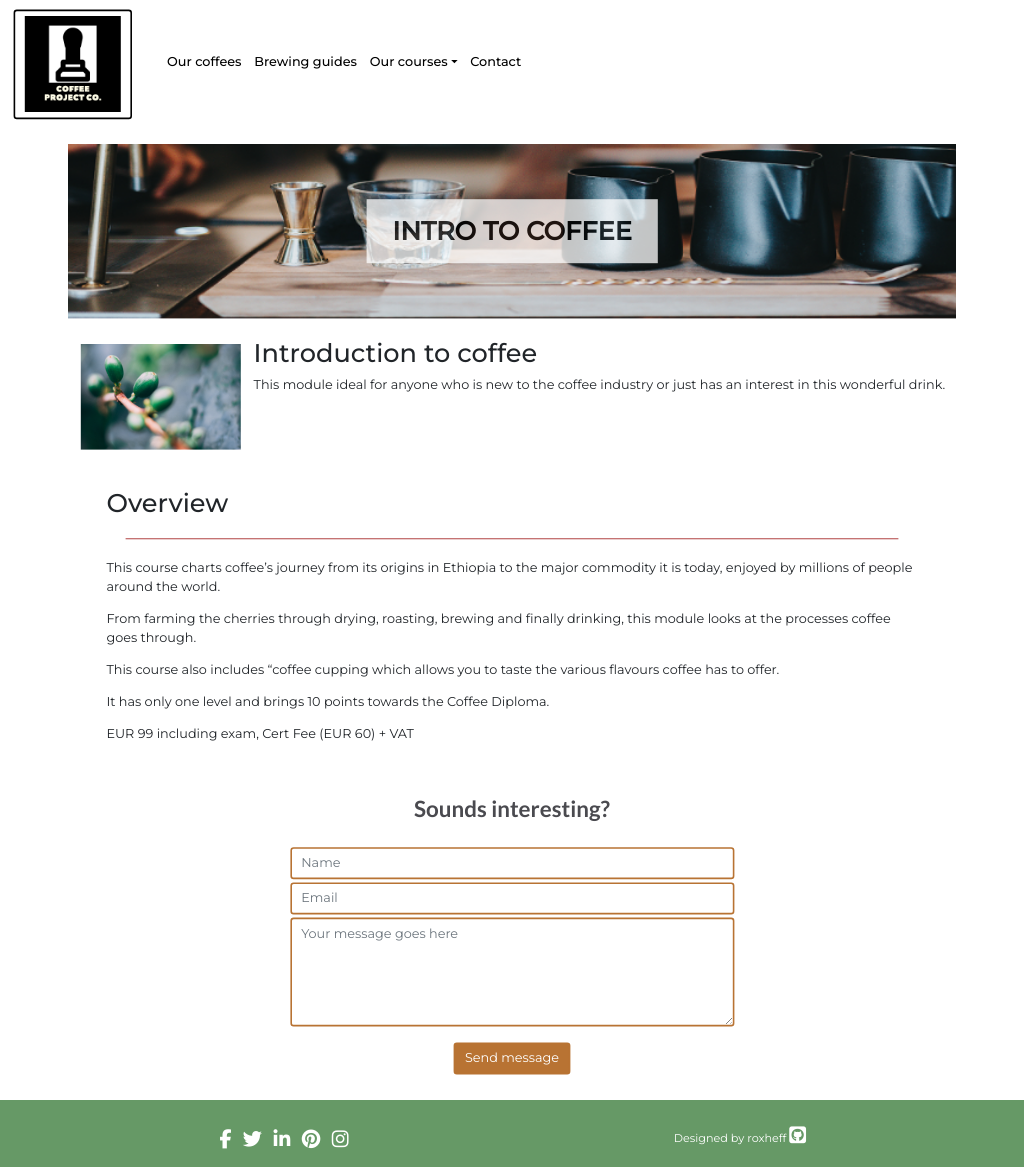
Repository: roxanahefferon/M1
Page: intro.html
The author's editor kept a record of every edit. The page is drawn from the files as they stood at one moment, then again after the next edit.
The browser window is 1280 px wide. The pictures show the whole page, at 80% of full size.
Some web libraries are served in a nearby version.

Above is the page before.

### intro.html
<!DOCTYPE html>
<html lang="en">

<head>
    <meta charset="UTF-8">
    <meta name="viewport" content="width=device-width, initial-scale=1.0">
    <meta http-equiv="X-UA-Compatible" content="ie=edge">
    <link rel="stylesheet" href="https://maxcdn.bootstrapcdn.com/bootstrap/4.0.0/css/bootstrap.min.css" integrity="sha384-Gn5384xqQ1aoWXA+058RXPxPg6fy4IWvTNh0E263XmFcJlSAwiGgFAW/dAiS6JXm" crossorigin="anonymous">
    <script src="https://kit.fontawesome.com/877201db70.js" crossorigin="anonymous"></script>
    <link rel="stylesheet" href="assets/css/style.css" type="text/css" />
    <title>Coffee Project Co.</title>
</head>

<body>

    <header>

        <! --- navbar --->

        <nav class="navbar navbar-expand-sm navbar-light fixed-top"> <a class="navbar-brand" href="index.html"> <img src="./assets/images/coffee-project-logo.png" width="120px" alt="bbb-logo"></a>
            <button class="navbar-toggler" type="button" data-toggle="collapse" data-target="#collapsibleNavbar">
    <span class="navbar-toggler-icon"></span>
  </button>
            <div class="collapse navbar-collapse " id="collapsibleNavbar">
                <ul class="navbar-nav">
                    <li class="nav-item">
                        <a class="nav-link" href="coffees.html">Our coffees</a>
                    </li>
                    <li class="nav-item">
                        <a class="nav-link" href="brewing.html">Brewing guides</a>
                    </li>
                    <li class="nav-item dropdown">
                        <a class="nav-link dropdown-toggle" href="#" id="navbardrop" data-toggle="dropdown">Our courses</a>
                        <div class="dropdown-menu">
                            <a class="dropdown-item" href="intro.html">Intro to coffee</a>
                            <a class="dropdown-item" href="barista-sca.html">Barista SCA</a>
                            <a class="dropdown-item" href="brewing-sca.html">Brewing SCA</a>
                        </div>
                    </li>
                    <li class="nav-item">
                        <a class="nav-link" href="contact.html">Contact</a>
                    </li>
                </ul>
            </div>
        </nav>

    </header>


    <! --- main section --->

    <div class="container main-container">
        <div class="container main-landing">
            <div class="row no-gutters">
                <div class="col">
                    <img src="./assets/images/our-courses.png" alt="roasted coffee beans image" width=100% height=auto>
                    <p class="ph-landing">Intro to Coffee</p>
                </div>
            </div>
        </div>
    </div>
    <br>

    <! --- media object --->

    <div class="container">
        <div class="row no-gutters">
            <div class="col-12">

                <div class="media">
                    <img src="./assets/images/intro-coffee-sca.png" alt="green coffee beans image" class="align-self-center mx-3 mt-2" style="width:200px">
                    <div class="media-body">
                        <h2>Introduction to coffee</h2>
                        <p>This module ideal for anyone who is new to the coffee industry or just has an interest in this wonderful drink.</p>
                    </div>
                </div>
            </div>
        </div>
    </div>


    <! --- overview-section --->

    <div class="container">
        <div class="row no-gutters">
            <div class="col-12">
                <div class="sca-content">
                    <h2>Overview</h2>
                    <hr class="section-divider">
                    <p>This course charts coffee’s journey from its origins in Ethiopia to the major commodity it is today, enjoyed by millions of people around the world.</p>
                    <p>From farming the cherries through drying, roasting, brewing and finally drinking, this module looks at the processes coffee goes through.</p>
                    <p>This course also includes “coffee cupping which allows you to taste the various flavours coffee has to offer.</p>
                    <p>It has only one level and brings 10 points towards the Coffee Diploma.</p>
                    <p>EUR 99 including exam, Cert Fee (EUR 60) + VAT</p>

                </div>
            </div>
        </div>
    </div>

    <! --- form --->

    <div class="container">
        <div class="row no-gutters">
            <div class="col-6 offset-3">
                <h3 class="text-center form-heading">Sounds interesting?</h3>
                <form>
                    <input type="text" name="name" id="fullname" class="form-control" placeholder="Name" required />
                    <input type="email" name="email" id="emailaddress" class="form-control" placeholder="Email" required />
                    <textarea rows="5" name="message" id="message" class="form-control" placeholder="Your message goes here" required></textarea>
                    <div class="form-row text-center">
                        <div class="col">
                            <button type="submit" class="btn my-button my-border">Send message</button>
                        </div>
                </form>
                </div>
            </div>
        </div>
    </div>


    <! --- footer --->

    <footer>
        <div class="footer">

            <div class="container">
                <div class="row">

                    <div class="col-6 media d-inline-flex justify-content-center">
                        <ul class="list-inline">
                            <li class="list-inline-item">
                                <a href="https://www.facebook.com/" target="_blank">
<i class="fab fa-facebook-f" aria-hidden="true"></i>
<span class="sr-only">Facebook</span>
</a>
                            </li>
                            <li class="list-inline-item">
                                <a href="https://twitter.com/" target="_blank">
<i class="fab fa-twitter" aria-hidden="true"></i>
<span class="sr-only">Twitter</span></a>
                            </li>
                            <li class="list-inline-item">
                                <a href="https://www.linkedin.com" target="_blank">
<i class="fab fa-linkedin-in" aria-hidden="true"></i>
<span class="sr-only">LinkedIn</span>
</a>
                            </li>
                            <li class="list-inline-item">
                                <a href="https://www.pinterest.com/" target="_blank">
<i class="fab fa-pinterest" aria-hidden="true"></i>
<span class="sr-only">Pinterest</span>
</a>
                            </li>
                            <li class="list-inline-item">
                                <a href="https://www.instagram.com/" target="_blank">
<i class="fab fa-instagram" aria-hidden="true"></i>
<span class="sr-only">Instagram</span>
</a>
                            </li>

                        </ul>
                    </div>
                    <div class="col-6 my-info d-inline-flex justify-content-center">
                        <p>Designed by roxheff <a href="https://github.com/roxanahefferon" target="_blank"><i class="fab fa-github-square aria-hidden="true""></i></p></a>
                    </div>
                </div>
            </div>
        </div>
        </div>
        </div>
    </footer>




    <script src="https://code.jquery.com/jquery-3.2.1.slim.min.js" integrity="sha384-KJ3o2DKtIkvYIK3UENzmM7KCkRr/rE9/Qpg6aAZGJwFDMVNA/GpGFF93hXpG5KkN" crossorigin="anonymous"></script>
    <script src="https://cdnjs.cloudflare.com/ajax/libs/popper.js/1.12.9/umd/popper.min.js" integrity="sha384-ApNbgh9B+Y1QKtv3Rn7W3mgPxhU9K/ScQsAP7hUibX39j7fakFPskvXusvfa0b4Q" crossorigin="anonymous"></script>
    <script src="https://maxcdn.bootstrapcdn.com/bootstrap/4.0.0/js/bootstrap.min.js" integrity="sha384-JZR6Spejh4U02d8jOt6vLEHfe/JQGiRRSQQxSfFWpi1MquVdAyjUar5+76PVCmYl" crossorigin="anonymous"></script>
</body>

</html>

### assets/css/style.css
@import url('https://fonts.googleapis.com/css?family=Lato:100,200,300,400,500,600,700|Montserrat:100,200,300,400,500&display=swap');

body {
    margin: 0;
    padding: 0;
    font-family: "Montserrat", sans-serif;
}

/* all pages */

.main-container {
    margin-top: 180px;
    padding: 0;
}

.section-divider {
    background-color: #b22222;
    margin: 1.5rem;
}

.uppercase {
    text-transform: uppercase;
}

/* buttons */

.my-button {
    margin-top: 1rem;
    background-color: #b87333;
    color: #ffffff;
}

.my-button:hover {
    background-color: #4a4a4f;
    color: #ffffff;
    border: 2px solid #4a4a4f;

}

.my-border {
    border: 2px solid #b87333;
    border-radius: 0.25rem;
}

/* headers */

.headers-landing {
    position: relative;
    text-align: center;
}

.ph-landing {
    position: absolute;
    top: 50%;
    left: 50%;
    transform: translate(-50%, -50%);
    padding: 1rem 2rem;
    color: #000;
    background-color: #fff;
    opacity: 0.75;
    text-transform: uppercase;
    font-weight: bold;
    font-size: 1rem;
}

/* all forms */

.form-heading {
    color: #4a4a4f;
    font-family: "Lato", sans-serif;
    font-weight: bolder;
    margin-bottom: 2rem;
}

input[type=text],
input[type=email],
.form-control {
    color: #495057;
    border: 2px solid #b87333;
    border-radius: 0.25rem;
    width: 100%;
    margin-bottom: 0.25rem;
}

/* navbar */

.navbar-brand {
    margin-left: 0.05rem;
    margin-top: 0.25rem;
    border: solid 2px;
    border-color: #000000;
    border-radius: 0.25rem;
    padding: .40rem .75rem;
}

.navbar-light {
    background-color: #ffffff;
}

.navbar fixed-top {
    position: fixed !important;
}

.navbar-brand:hover {
    border-color: #b87333;
}

.navbar .navbar-toggler {
    border: solid 2px;
    border-color: #000000;
}

.navbar .navbar-toggler:hover {
    border-color: #b87333;
}

.dropdown a {
    font-weight: 500;
}

.navbar-nav a {
    font-weight: 500;
}

.dropdown-menu {
    border: solid 2px;
    color: #669966;
}

.dropdown-menu:hover {
    color: #b87333;
}

.navbar-collapse {
    margin-left: 20px;
}

.nav-item a {
    color: #000000;
}

.navbar-light .navbar-nav .nav-link {
    color: #000000;
}

.bgblack {
    background-color: #000000;
    padding: 0;
}

/* jumbotron hero image */

.landing-container {
    background-image: url("https://i.imgur.com/kNQRjOg.png");
    background-position: center;
    background-repeat: no-repeat;
    background-size: cover;
    position: relative;
    -webkit-background-size: cover;
    -moz-background-size: cover;
    -o-background-size: cover;
    display: flex;
    align-items: center;
    justify-content: center;
}

h1 {
    color: #ffffff;
    text-align: center;
}

.jumbotron {
    background-color: rgba(0, 0, 0, 0.75);
}

.jumbotron p {
    color: #ffffff;
    font-size: 1rem;
    text-align: center;
}

.badge-light {
    background-color: #b22222;
    border: none;
    color: #ffffff;
    font-size: 1.5rem;
    margin-left: 0.25rem;
}

.badge-light:hover {
    background-color: #333333;
    border: none;
    color: #000000;
}

.quote-landing {
    color: #b87333;
    text-align: center;
    font-family: "Lora", sans-serif;
    font-weight: 500;
    font-size: 1.2rem;
    margin-top: 1rem;
    padding: 5px;
}

.quote {
    margin-top: 1rem;
    margin-bottom: 1rem;
}

/* about us */

.about {
    color: #fafafa;
    font-weight: lighter;
    margin-bottom: 0.5rem;
    padding: 0.5rem 0;
    border-radius: 0.25rem;
}

.about p {
    margin: 1rem;
    text-align: center;
}

/* our-coffees-landing */

.our-coffees-landing {
    margin-top: 2rem;
    padding: 0;
}

.our-coffees-img {
    padding: 0;
    width: 100%;
    height: auto;
}

/* coffee-single */

.checked {
  color: #b22222;
}

.coffee-rating {
    margin-bottom: 0;
}

.inline-stars {
    padding-right: 3rem;
}

/* landing cards */

.card-header {
    background-color: #ffffff;
    color: #b87333;
    text-align: center;
}

.card-body {
    background-color: #ffffff;
}

.card-text {
    color: #4a4a4f;
    font-weight: lighter;
}

/* landing sca courses */

.sca-section {
    margin-top: 20px;
}

.sca-img {
    padding: 0;
    border: 2px solid;
    border-radius: 0.25rem;
}

/* brewing.html */

.brew-cards {
    background-color: #ffffff;
    border: 2px solid #b87333;
    border-radius: 0.25rem;
}

.brew-cards:hover {
    background-color: #ffffff;
    border: 2px solid #669966;
}

.brew-cards a {
    color: #000000;
    text-decoration: none;
    background-color: #ffffff;
}

.brew-cards a:hover {
    font-size: 20px;
    font-weight: bold;
    color: #669966;
}

/* intro.html */

.sca-content {
    margin: 2rem;
    padding: 1rem;
}

/* quotes */

.media-quotes img{

}

/* footer */

.footer {
    background-color: #669966;
    color: #ffffff;
    font-size: 0.5rem;
    font-family: "Montserrat", sans-serif;
    margin-top: 2rem;
    padding-top: 2rem;
}

.fab {
    color: #ffffff;
    font-size: 14px;
}

.fab:hover {
    font-size: x-large;
}

.my-info p {
    font-size: 14px;
}

/* brewing guides (all .htmls) */

.brewing-container {
    padding: 1rem;
    background-color: #4a4a4f;
    color: #fff;
    border: 1px solid #669966;
    border-radius: 0.25rem;
}

.brewing-container h2 {
    font-family: "Lato", sans-serif;
}

.brewing-download {
    padding-top: 0.5rem;
    font-weight: bold;
    text-align: center;
}

.brewing-download a {
    text-decoration: none;
    color: #b22222;
}

/* contact.html */

.contact-us {
    margin-top: 2rem;
}

.fas {
    color: #b22222;
}

/* media queries */

@media (min-width: 768px) {
    .quote-landing {
        font-size: 2.5rem;
    }
}

@media (min-width: 768px) {
    .footer {
        font-size: 1.5rem;
    }
    .fab {
        font-size: 1.5rem;
    }
    .ph-landing {
        font-size: 2rem;
    }
}

@media (max-width: 576px) {
    .carousel-inner img {
        width: 334px;
        height: 229px;
    }
}

After the next edit:
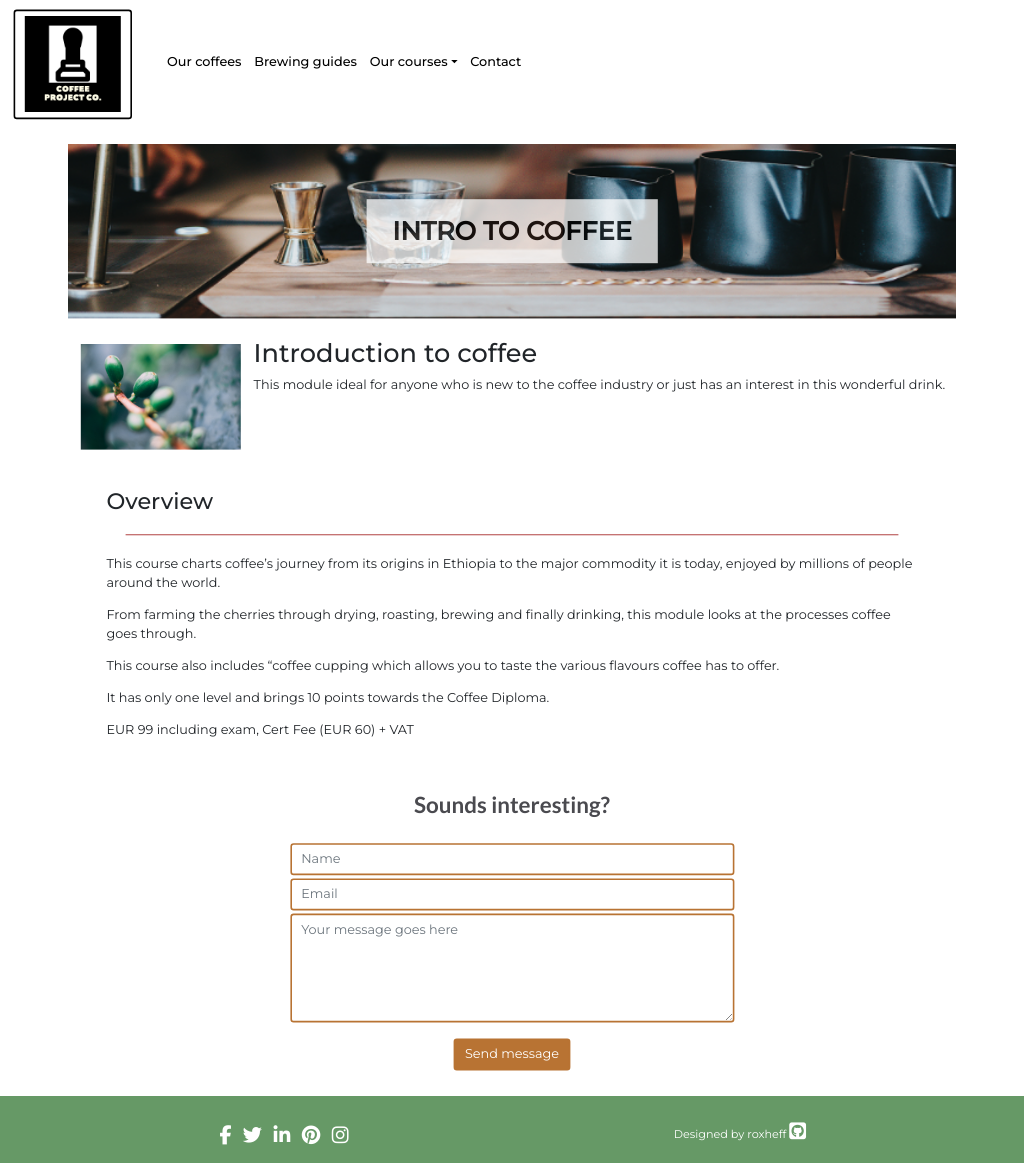
The edit:
--- a/intro.html
+++ b/intro.html
@@ -85,7 +85,7 @@
         <div class="row no-gutters">
             <div class="col-12">
                 <div class="sca-content">
-                    <h2>Overview</h2>
+                    <h3>Overview</h3>
                     <hr class="section-divider">
                     <p>This course charts coffee’s journey from its origins in Ethiopia to the major commodity it is today, enjoyed by millions of people around the world.</p>
                     <p>From farming the cherries through drying, roasting, brewing and finally drinking, this module looks at the processes coffee goes through.</p>
